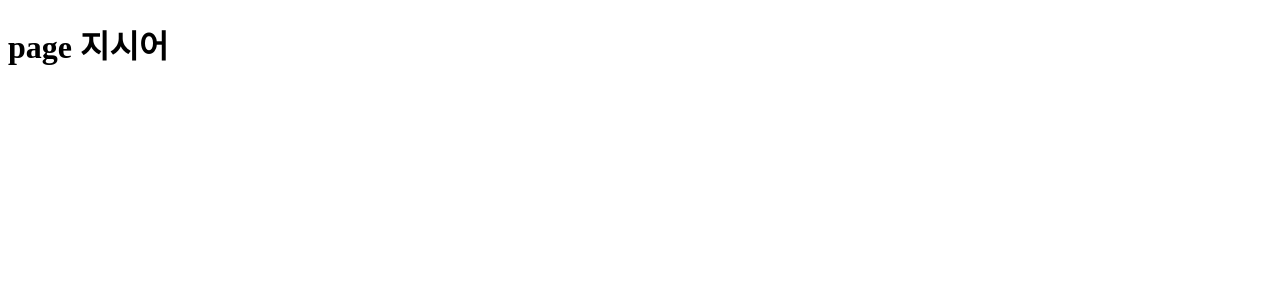
Repository: smjae96/Backup
Page: http://localhost/2_JSP/views/02_directivePage.jsp
An editor plug-in stored every save of this project. The page is shown before and after the next save, followed by the edit.
The browser window is 1280 px wide. The pictures show the whole page.
The page is served by Tomcat 9.

Above is the page before, as saved 2024-03-07 03:32:33.

### 5_Servlet/2_JSP/src/main/webapp/views/02_directivePage.jsp
<%@ page language="java" contentType="text/html; charset=UTF-8"
    pageEncoding="UTF-8"%>
<%-- 여러 개를 import 할 때는 컴마로 (,) 구분 --%>
<%@ page import="java.util.ArrayList, java.util.Date" %>
<!DOCTYPE html>
<html>
<head>
<meta charset="UTF-8">
<title>02 Directive page</title>
</head>
<body>
	<h1>page 지시어</h1>

	<%
		ArrayList<String> list = new ArrayList<>();
		// 0번 위치에 "Servlet" 값을 추가
		list.add("Servlet");
		// 1번 위치에 "JSP" 추가
		list.add("JSP");

		Date today = new Date();
	%>
</body>
</html>

After the next save:
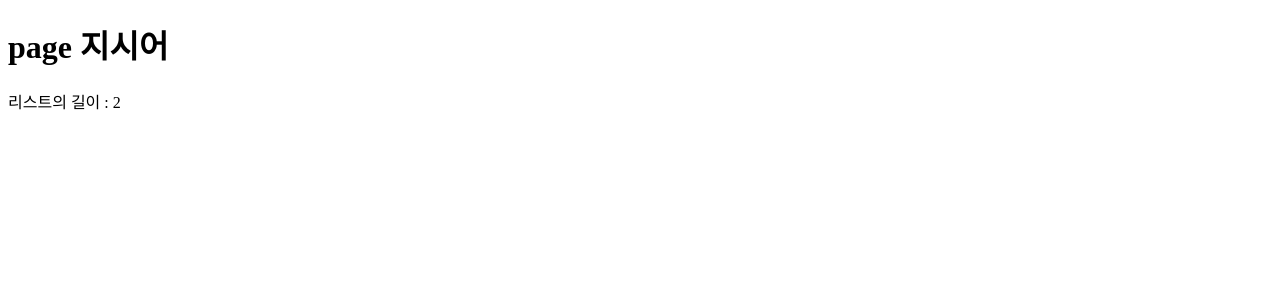
Saved 51 s later.
--- a/5_Servlet/2_JSP/src/main/webapp/views/02_directivePage.jsp
+++ b/5_Servlet/2_JSP/src/main/webapp/views/02_directivePage.jsp
@@ -20,5 +20,9 @@
 
 		Date today = new Date();
 	%>
+
+	<p>
+		리스트의 길이 : <%= list.size() %>
+	</p>
 </body>
 </html>
